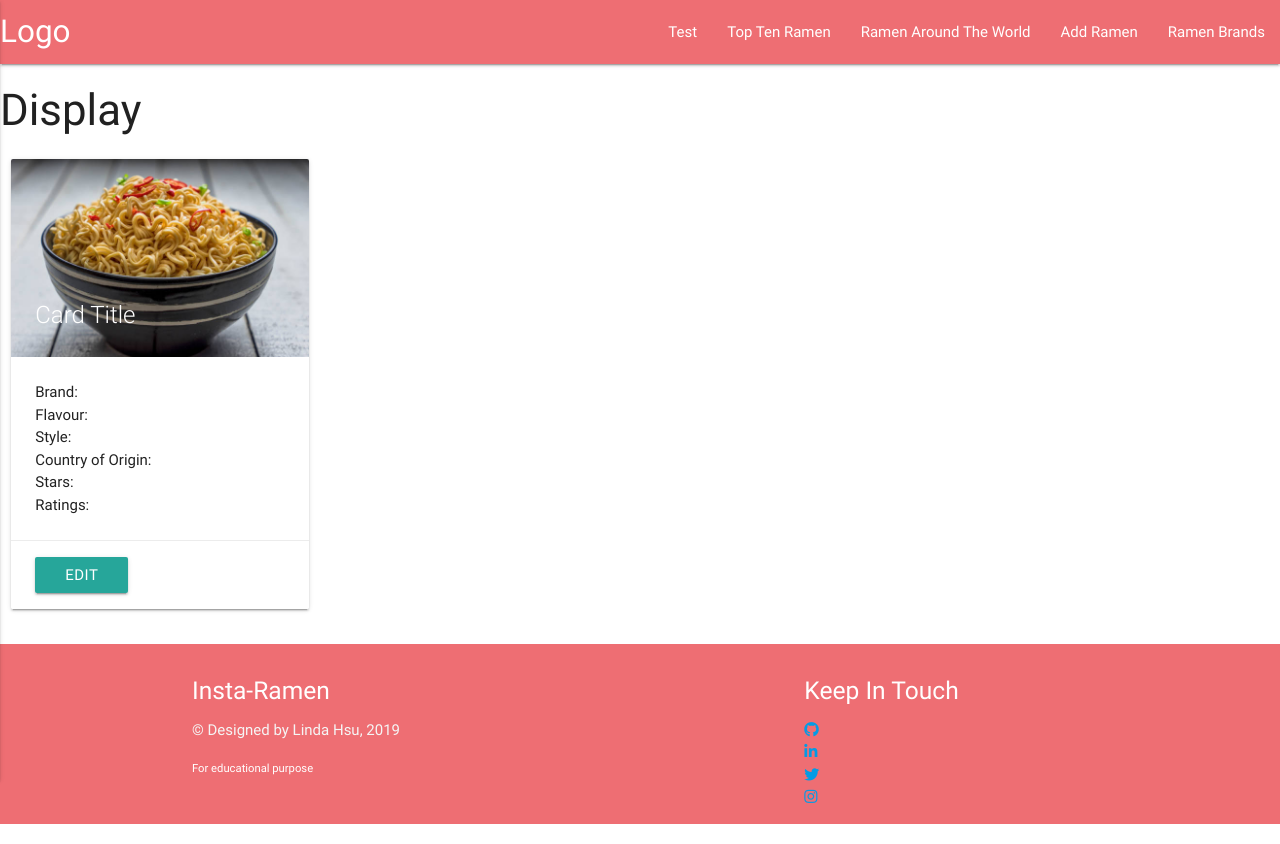
Repository: Paddlepop25/codeinstitute-insta-ramen
Page: templates/display_ramen.html
The author's editor kept a record of every edit. The page is drawn from the files as they stood at one moment, then again after the next edit.
The browser window is 1280 px wide. The pictures show the whole page.
Some web libraries are served in a nearby version. The page is served by the project's application, run on Flask 3 (app.py). The template is opened directly, without the code that normally fills it, so the values that code supplies are empty.

Above is the page before.

After the next edit:
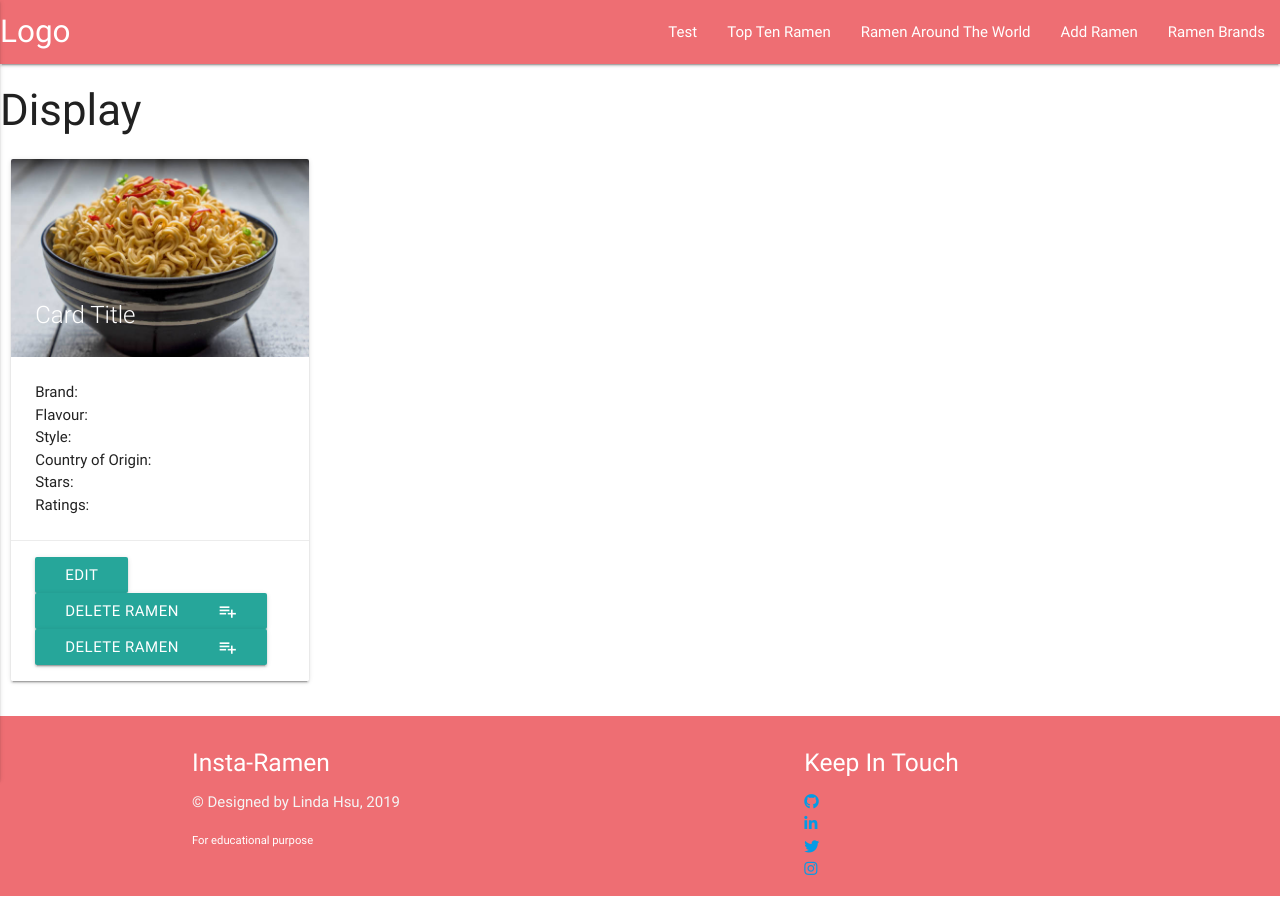
The edit:
--- a/templates/display_ramen.html
+++ b/templates/display_ramen.html
@@ -21,10 +21,15 @@
         <a href="{{url_for('edit_ramen', ramen_id=ramen._id)}}" class="waves-effect waves-light btn">Edit</a>
         <!--<a href="{{url_for('delete_ramen', ramen_id=ramen._id)}}" class="waves-effect waves-light btn"><i class="material-icons right">playlist_add</i> Delete</a>-->
 
-      <!--  <button class="btn waves-effect waves-light" type="submit" name="action">Delete ramen-->
-      <!--  <a href="{{url_for('delete_ramen', ramen_id=ramen._id)}}"></a>-->
-      <!--  <i class="material-icons right">playlist_add</i>-->
-      <!--</button>-->
+        <button class="btn waves-effect waves-light" type="submit" name="action">Delete ramen
+        <a href="{{url_for('delete_ramen', ramen_id=ramen._id)}}"></a>
+        <i class="material-icons right">playlist_add</i>
+      </button>
+
+        <button class="btn waves-effect waves-light" type="submit" name="action">Delete ramen
+        <a href="{{url_for('delete_ramen', ramen_id=ramen._id)}}"></a>
+        <i class="material-icons right">playlist_add</i>
+      </button>
 
       </div>
     </div>
